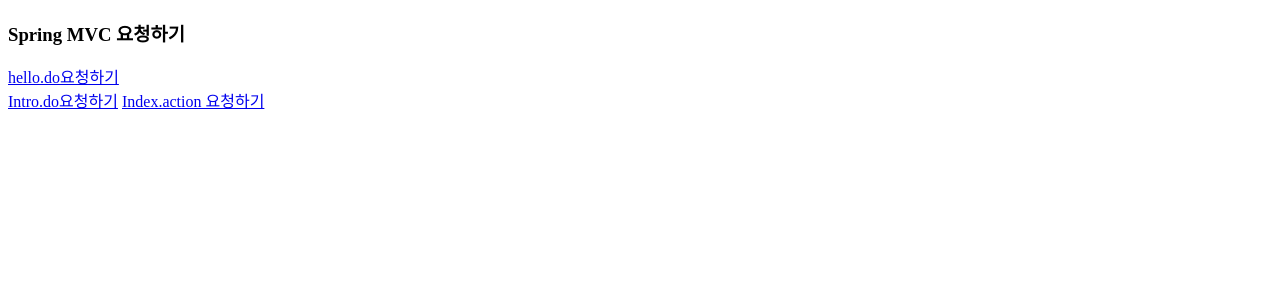
Repository: Ahn-Seung-ju/SpringLab
Page: http://localhost/SpringMVC_Basic01_Controller/
An editor plug-in stored every save of this project. The page is shown before and after the next save, followed by the edit.
The browser window is 1280 px wide. The pictures show the whole page.
The page is served by Tomcat 9.

Above is the page before, as saved 2021-05-04 03:53:38.

After the next save:
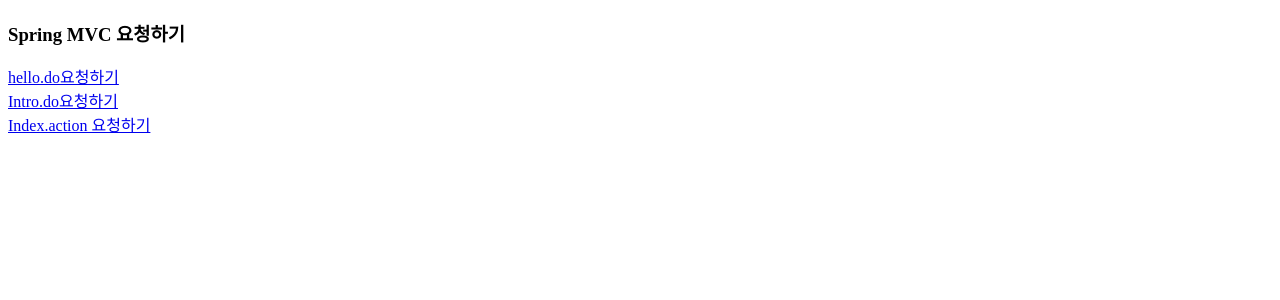
Saved 30 s later.
--- a/SpringMVC_Basic01_Controller/src/main/webapp/index.jsp
+++ b/SpringMVC_Basic01_Controller/src/main/webapp/index.jsp
@@ -9,7 +9,7 @@
 <body>
 	<h3>Spring MVC 요청하기</h3>
 	<a href = "hello.do">hello.do요청하기</a><br>
-	<a href = "Intro.do">Intro.do요청하기</a>
+	<a href = "Intro.do">Intro.do요청하기</a><br>
 	<a href = "Index.action">Index.action 요청하기</a>
 </body>
 </html>
